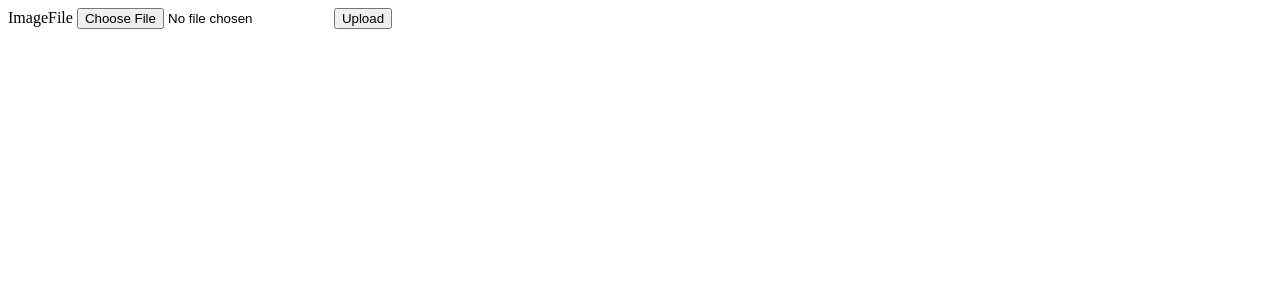
Repository: DhishnaPD/AdvancedJava
Page: http://localhost/imageupload/imageUpload.jsp
An editor plug-in stored every save of this project. The page is shown before and after the next save, followed by the edit.
The browser window is 1280 px wide. The pictures show the whole page.
The page is served by Tomcat 9.

Above is the page before, as saved 2024-12-20 16:36:53.

### imageupload/src/main/webapp/imageUpload.jsp
<%@ page language="java" contentType="text/html; charset=ISO-8859-1"
    pageEncoding="ISO-8859-1"%>
    <%@page import="javax.servlet.*"%>
 <%@page import="java.sql.*, java.util.*, java.io.*"%>
 <%@taglib uri="http://java.sun.com/jsp/jstl/core" prefix="c" %>
 <%@taglib uri="http://java.sun.com/jsp/jstl/sql" prefix="sql" %>
<!DOCTYPE html>
<html>
<head>
<meta charset="ISO-8859-1">
<title>Insert title here</title>
</head>
<body>
<form action="fileUploadDriver.jsp" method="POST" enctype="multipart/form-data">
<label for="image">ImageFile</label>
<input type="file" name="image" id="image">
<button type="submit">Upload</button>
</form>
</body>
</html>

After the next save:
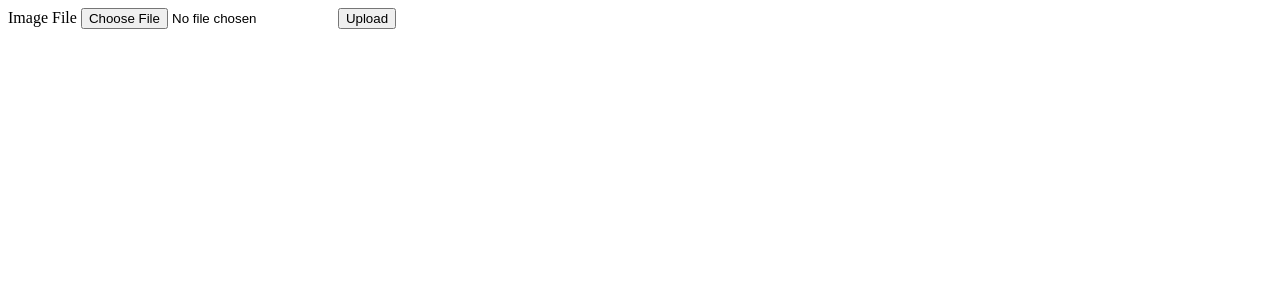
Saved 4 min 20 s later.
--- a/imageupload/src/main/webapp/imageUpload.jsp
+++ b/imageupload/src/main/webapp/imageUpload.jsp
@@ -1,20 +1,19 @@
-<%@ page language="java" contentType="text/html; charset=ISO-8859-1"
-    pageEncoding="ISO-8859-1"%>
-    <%@page import="javax.servlet.*"%>
- <%@page import="java.sql.*, java.util.*, java.io.*"%>
- <%@taglib uri="http://java.sun.com/jsp/jstl/core" prefix="c" %>
- <%@taglib uri="http://java.sun.com/jsp/jstl/sql" prefix="sql" %>
+<%@ page language="java" contentType="text/html; charset=ISO-8859-1" pageEncoding="ISO-8859-1"%>
+<%@ page import="java.io.File" %>  <!-- Import File class -->
+<%@ page import="org.apache.commons.fileupload.FileItem" %> <!-- Import Apache Commons FileUpload classes -->
+<%@ page import="org.apache.commons.fileupload.disk.DiskFileItemFactory" %>  <!-- Disk File Item Factory -->
+<%@ page import="org.apache.commons.fileupload.servlet.ServletFileUpload" %> <!-- ServletFileUpload class -->
 <!DOCTYPE html>
 <html>
 <head>
-<meta charset="ISO-8859-1">
-<title>Insert title here</title>
+    <meta charset="ISO-8859-1">
+    <title>Image Upload</title>
 </head>
 <body>
-<form action="fileUploadDriver.jsp" method="POST" enctype="multipart/form-data">
-<label for="image">ImageFile</label>
-<input type="file" name="image" id="image">
-<button type="submit">Upload</button>
-</form>
+    <form action="fileUploadDriver.jsp" method="POST" enctype="multipart/form-data">
+        <label for="image">Image File</label>
+        <input type="file" name="image" id="image" />
+        <button type="submit">Upload</button>
+    </form>
 </body>
 </html>
